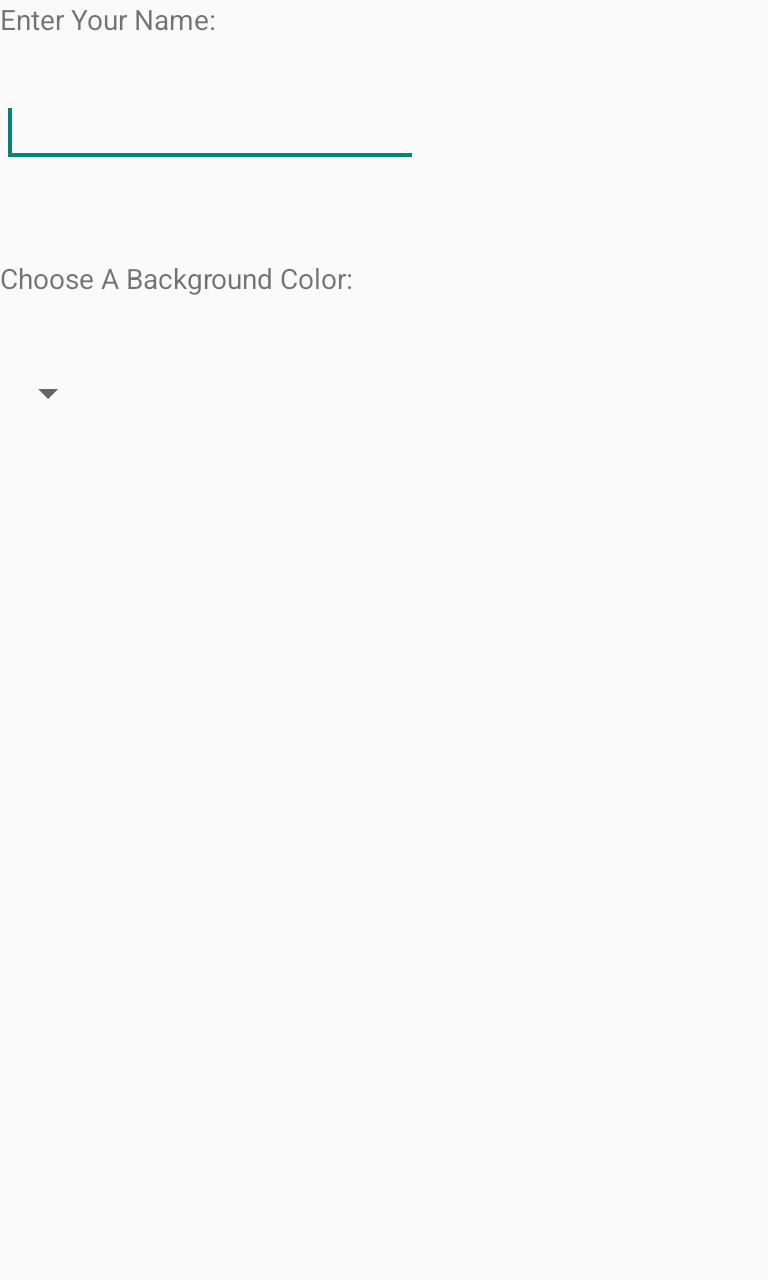
Repository: arianaantonio/MDF3_Antonio
Layout: Readable/res/layout/activity_main.xml
An editor plug-in stored every save of this project. The layout is shown before and after the next save, followed by the edit.
It is drawn on a 768 x 1280 px phone screen (xhdpi) without system bars, with theme AppTheme; the app's code is not run.

Above is the layout before, as saved 2014-08-19 04:57:43.

After the next save:
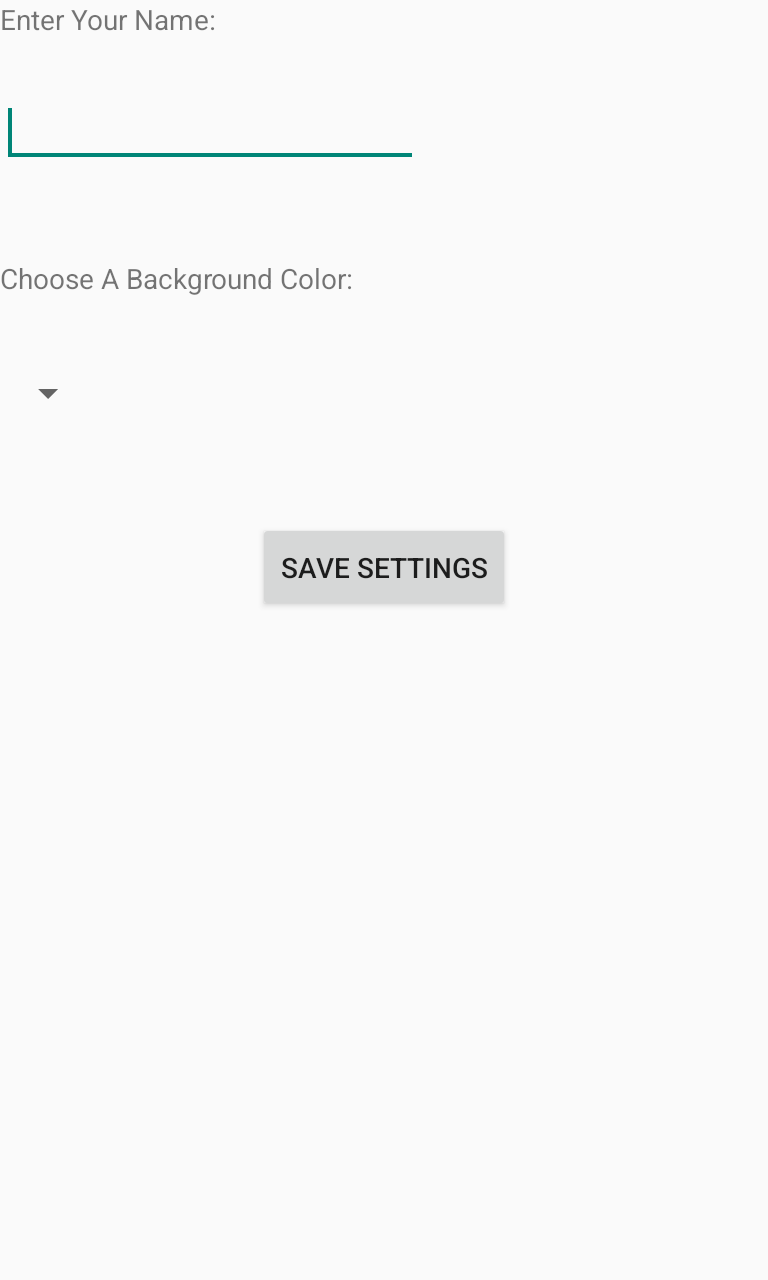
Saved 23 s later.
--- a/Readable/res/layout/activity_main.xml
+++ b/Readable/res/layout/activity_main.xml
@@ -39,4 +39,13 @@
         android:layout_below="@+id/textView2"
         android:layout_marginTop="36dp" />
 
+    <Button
+        android:id="@+id/button1"
+        android:layout_width="wrap_content"
+        android:layout_height="wrap_content"
+        android:layout_below="@+id/spinner1"
+        android:layout_centerHorizontal="true"
+        android:layout_marginTop="51dp"
+        android:text="@string/button" />
+
 </RelativeLayout>
